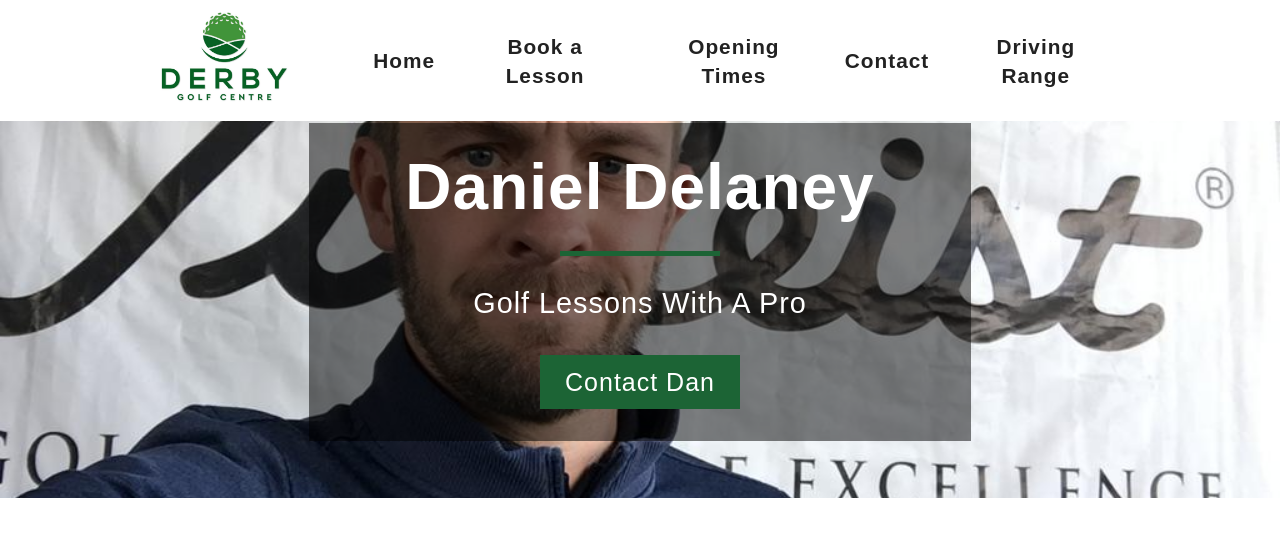
Repository: frankinstyyn/nigeljamesconsulting
Page: /lesson
An editor plug-in stored every save of this project. The page is shown before and after the next save, followed by the edit.
The browser window is 1280 px wide. The pictures show the whole page.
Some web fonts or font styles are not loaded; a fallback is used. The project was rebuilt for these pictures with package versions that can differ from the ones it lists, and the page was loaded fresh each time. Also part of the build but not shown: src/pages/Home.js, src/pages/SingleRoom.js, src/pages/Error.js.

Above is the page before, as saved 2021-01-07 23:26:12.

After the next save:
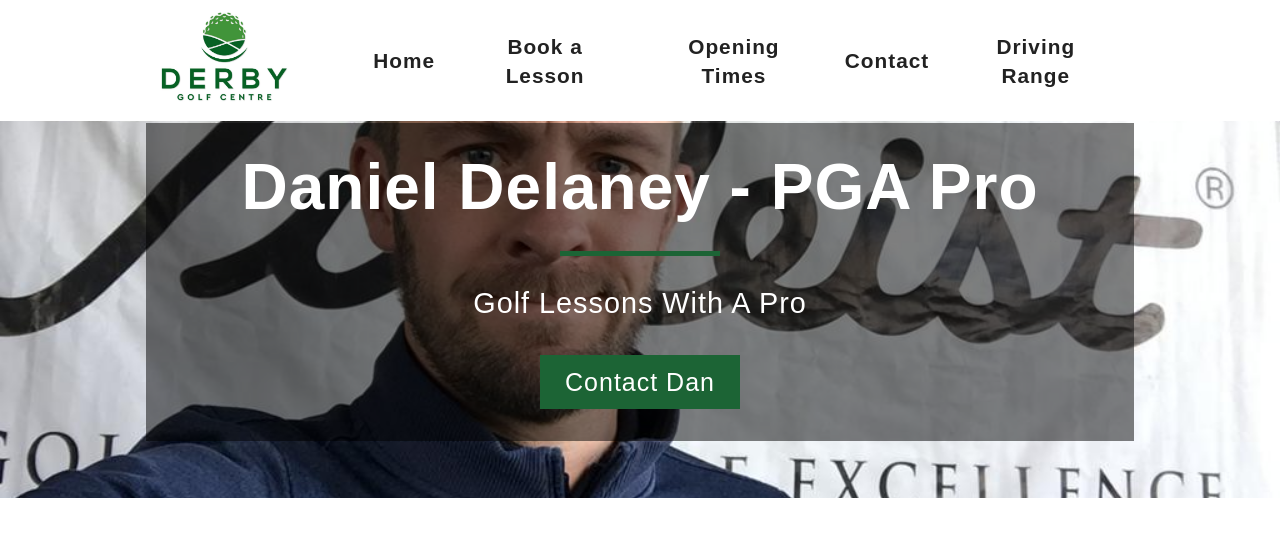
Saved 63 s later.
--- a/src/pages/Lesson.js
+++ b/src/pages/Lesson.js
@@ -6,7 +6,7 @@
 export default function Home() {
   return (
     <Hero hero="lessonHero" >
-      <Banner title="Daniel Delaney" subtitle="Golf lessons with a pro">
+      <Banner title="Daniel Delaney - PGA Pro" subtitle="Golf lessons with a pro">
         <Link to="/contact-dan" className="btn-primary">
           Contact Dan
       </Link>
